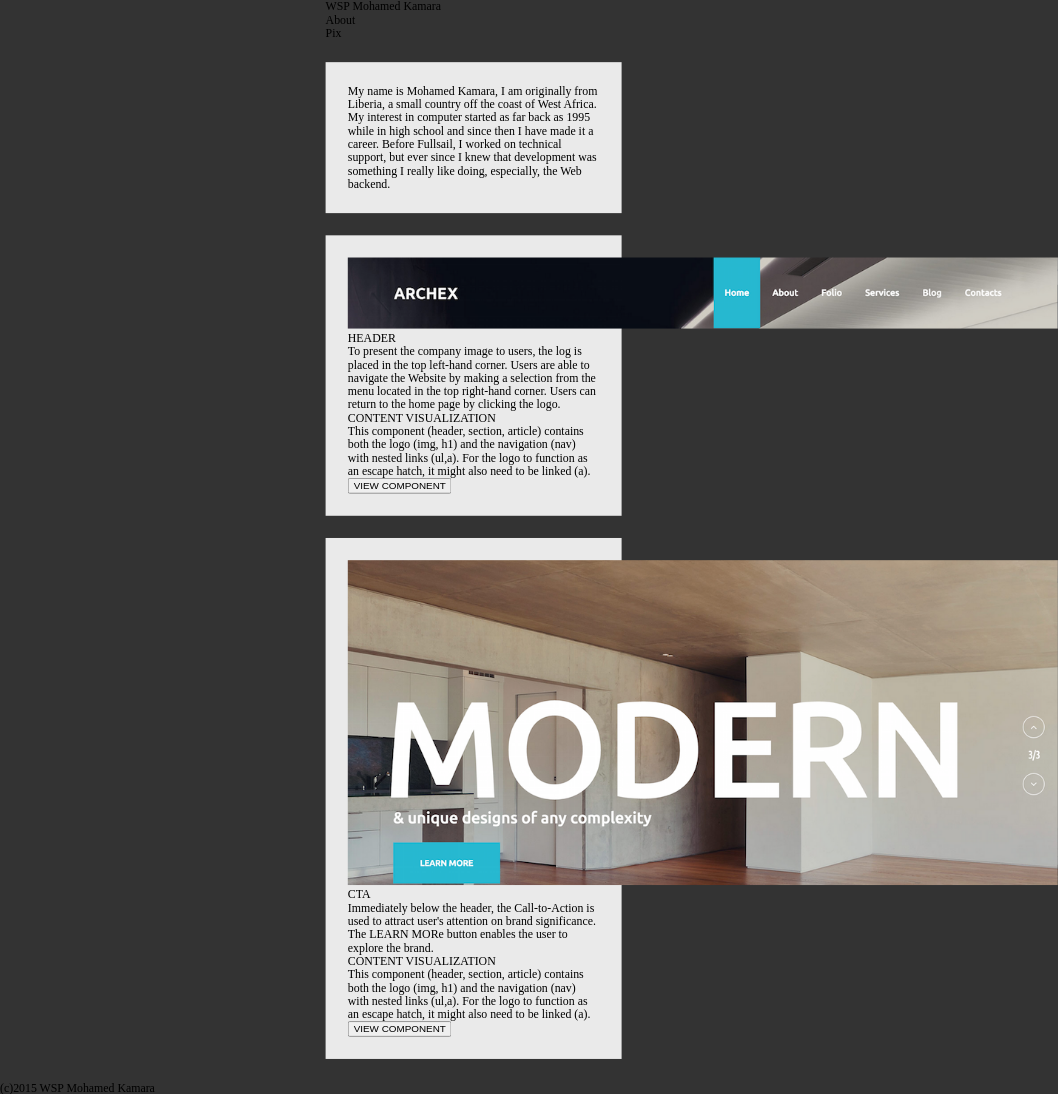
Repository: makamara/WSP_Project
Page: wsp/index.html
These files come from the project's save history. The page is drawn as it stood at one moment and after the next save; the edit follows.
The browser window is 1280 px wide. The page is 1430 px wide, so the pictures cover 1430 px, including what lies to the right of the window. The pictures show the whole page, at 74% of full size.

Above is the page before, as saved 2015-09-15 07:02:01.

After the next save:
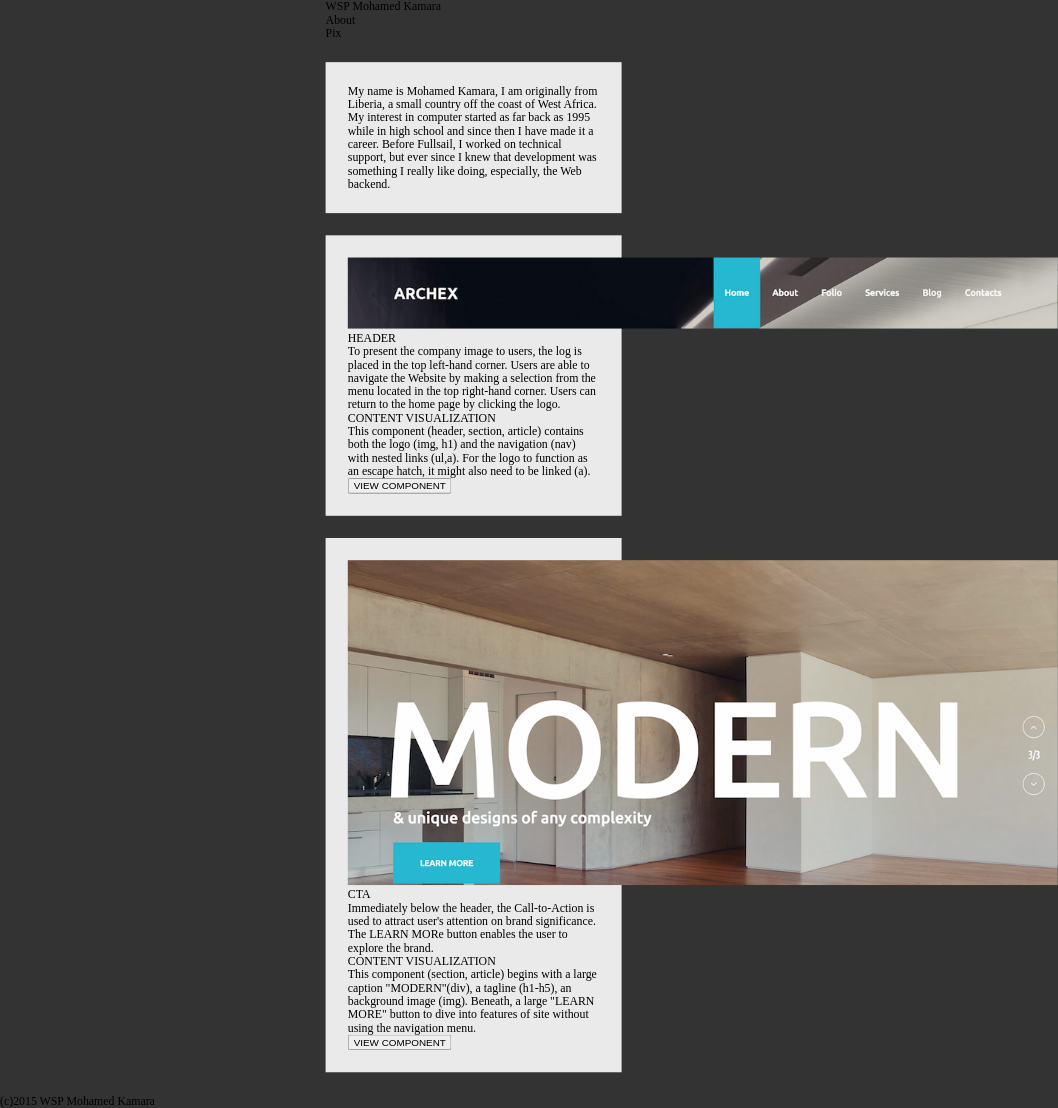
Saved 7 h 24 min later.
--- a/wsp/index.html
+++ b/wsp/index.html
@@ -49,8 +49,8 @@
 				The <strong>LEARN MORe</strong> button enables the user to explore the brand.
 			</p>
 			<h2>CONTENT VISUALIZATION</h2>
-			<p>This component (header, section, article) contains both the logo (img, h1) and the navigation (nav) with nested links (ul,a).
-			For the logo to function as an escape hatch, it might also need to be linked (a).
+			<p>This component (section, article) begins with a large caption "MODERN"(div), a tagline (h1-h5), an background image (img).
+			Beneath, a large "LEARN MORE" button to dive into features of site without using the navigation menu.
 			</p>
 			<p><button type="button">VIEW COMPONENT</button></p>
 		</article>
